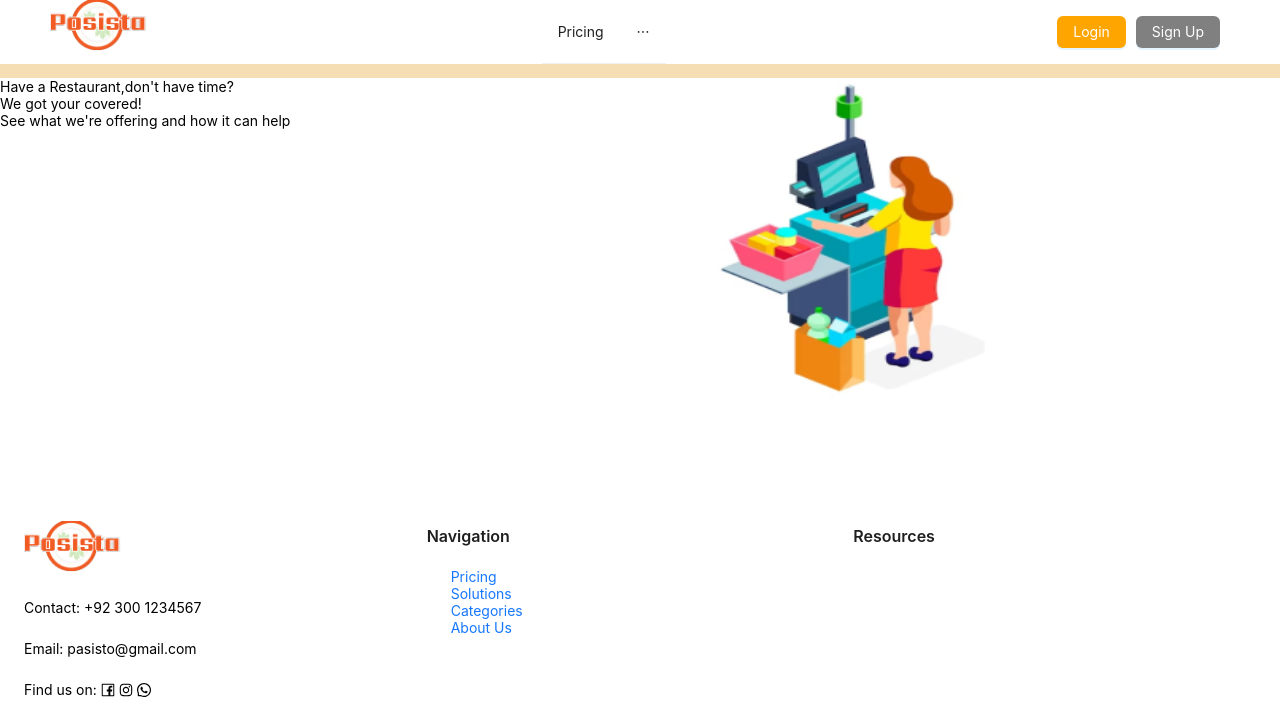
Repository: usmanarshad90/Posista
Page: / (app in test/)
The author's editor kept a copy of each file at every save. The page is drawn from the files as they stood at one save, then again after a run of saves.
The browser window is 1280 px wide. The pictures show the whole page.
The project was rebuilt for these pictures with package versions that can differ from the ones it lists, and the page was loaded fresh each time. Also part of the build but not shown: test/src/components/Pricing/Pricing.jsx, test/src/components/Solution/Solutions.jsx, test/src/components/About/AboutUs.jsx, test/src/components/login/login.jsx, test/src/components/signup/signup.jsx.

Above is the page before, as saved 2023-11-28 14:31:22.

### test/public/index.html
<!DOCTYPE html>
<html lang="en">
  <head>
    <meta charset="utf-8" />
    <link rel="icon" href="%PUBLIC_URL%/favicon.ico" />
    <meta name="viewport" content="width=device-width, initial-scale=1" />
    <meta name="theme-color" content="#000000" />
    <meta
      name="description"
      content="Web site created using create-react-app"
    />
    <link rel="apple-touch-icon" href="%PUBLIC_URL%/logo192.png" />

    <link rel="manifest" href="%PUBLIC_URL%/manifest.json" />

    <title>Posisto</title>
  </head>
  <body>
    <noscript>You need to enable JavaScript to run this app.</noscript>
    <div id="root"></div>



  </body>
</html>

### test/src/index.css
body {
  margin: 0;
  font-family: -apple-system, BlinkMacSystemFont, 'Segoe UI', 'Roboto', 'Oxygen',
    'Ubuntu', 'Cantarell', 'Fira Sans', 'Droid Sans', 'Helvetica Neue',
    sans-serif;
  -webkit-font-smoothing: antialiased;
  -moz-osx-font-smoothing: grayscale;
}

code {
  font-family: source-code-pro, Menlo, Monaco, Consolas, 'Courier New',
    monospace;
}
.background{
  background-image: url("./images/background.jpg")!important;

}



/* .container{
  max-width: 1000px;
  margin: auto;
  width: 100%;
  padding-inline: 1rem;
  padding-block:5rem;

} */

### test/src/App.js
import {BrowserRouter  as Router , Routes , Route} from 'react-router-dom'
import Home from './components/Home/Home';

import Pricing from './components/Pricing/Pricing';
import Solutions from './components/Solution/Solutions';
import AboutUs from './components/About/AboutUs';
import Login from './components/login/login';
import SignUp from './components/signup/signup';


function App() {
  return (
    <Router>
    {/* if i can do it like this all pages come on the header */}

      <Routes>

        {/* if i can do it like this header individually come on the each page*/}

        <Route path="/" element={< Home/>} />
        <Route path="/login" element={<Login/>}/>
        <Route path="/signup" element={<SignUp/>} />

        <Route path="/pricing" element={< Pricing/>} />
        <Route path="/solution" element={< Solutions/>} />
        <Route path="/about" element={<AboutUs/>} />

        </Routes>
        {/* for footer i can call here */}

        </Router>
  );
}

export default App;

### test/src/components/Home/Home.jsx
import React from 'react'
import PageHeader from '../PageHeader/PageHeader'
import HeroSection from '../HeroSection/HeroSection'
import PageFooter from '../Footer/Footer'

const Home = () => {
  return (
    <>
    <PageHeader/>
    <HeroSection/>



    <PageFooter/>

    </>
  )
}

export default Home

### test/src/components/PageHeader/PageHeader.jsx
import React from 'react'
import { Layout, Menu, Button, Row, Col } from 'antd';
import { Link } from 'react-router-dom';
import logoimage from '../../images/posistologo.png'
import {HomeOutlined, UserOutlined,SettingOutlined,} from '@ant-design/icons';

const { Header } = Layout;
const PageHeader = () => {
  return (
    <Row>
      <Col lg={24} xl={24} md={12} xs={4} >
    <Layout className="layout">
    <Header style={{ display: 'flex', justifyContent: 'space-between' ,backgroundColor: 'white' }}>
      <div className="logo" >

      <Link to={'/'}><img src={logoimage} alt="" width="100px"  /></Link>
        </div>
      <Menu  mode="horizontal" style={ {color:'black',backgroundColor: 'transparent'}} >
        <Link to={'/pricing'} ><Menu.Item key="1" >Pricing</Menu.Item></Link>


        <Link to={'/solution'} ><Menu.Item key="2" >Solutions</Menu.Item></Link>

        <Link to={'/about'} ><Menu.Item key="3" >About Us</Menu.Item></Link>
      </Menu>

      <div>

        <Link to="/login"><Button type="primary" style={{ marginRight: '10px', backgroundColor: 'orange' }}>Login</Button>
        </Link>
        <Link to="/signup"><Button type="primary" style={{ marginRight: '10px', backgroundColor: 'grey' }}>Sign Up</Button></Link>
      </div>




    </Header>
  </Layout>
  </Col>
  </Row>
  )
}

export default PageHeader;

### test/src/components/HeroSection/HeroSection.jsx
import React from 'react'
import { Row,Col,Image,Divider} from 'antd';

import image from '../../images/design.png'

const HeroSection = () => {




      const DemoBox = (props) => <p className={`height-${props.value}`}>{props.children}</p>;
  return (
    <>
    <Row  >
      <Col  lg={{ span:24, order: 1 }} md={24} xs={24} xl={24} xxl={24}  style={{background:'wheat'}}>
      <DemoBox value={'100%'}> </DemoBox>
        </Col>

    <Col lg={{ span: 12, order: 2 }} md={8} xs={4} xl={12}>

    <div   >

         Have a Restaurant,don't have time? <br />
         We got your covered! <br/>

         <div   >See what we're offering and how it can help <br />


         </div>
    </div>
    </Col>
    <Col lg={{ span: 12, order: 3 }}md={8} xs={4} xl={12}>
    <Image width={'70%'} preview={false} height={'90%'} src={image} alt="#" />

    </Col>
   </Row>
   </>
  )
}

export default HeroSection

### test/src/components/Footer/Footer.jsx
import React from 'react'
import { Layout, Menu, Row, Col, Typography } from 'antd';
import { Link } from 'react-router-dom';
import logoimage from '../../images/posistologo.png';
import { FacebookOutlined,InstagramOutlined , WhatsAppOutlined} from '@ant-design/icons';
// const {PageFooter}=Layout;




const Footer = () => {
  const style = {
    background: '',
    text_align:'left',
    padding: ' 12px ',



  };


  return (
    <Row><Col  lg={{ span:8, order: 1 }} md={6} xs={4} xl={8} xxl={8} style={style} >

      <div style={style} className="logo" >

      <Link to={'/'}><img src={logoimage} alt="" width="100px"  /></Link>
      </div>
      <div style={style}>Contact: +92 300 1234567</div>
      <div style={style}>Email: pasisto@gmail.com</div>
      <div style={style}>Find us on: <FacebookOutlined  /> <InstagramOutlined /> <WhatsAppOutlined /></div>

      </Col>

      <Col  lg={{ span:8, order: 1 }} md={6} xs={4} xl={8} xxl={8}   >

      <Typography.Title level={5} >Navigation </Typography.Title>


      <div style={style}>
      <Link to={'/pricing'} style={style} >Pricing</Link> <br />


      <Link to={'/solution'}style={style} >Solutions</Link><br />
      <Link to={'/about'}style={style} >Categories</Link><br />
      <Link to={'/about'} style={style}>About Us</Link><br />

      </div>
      </Col>

      <Col  lg={{ span:8, order: 1 }} md={6} xs={4} xl={8} xxl={8}   >
        <Typography.Title level={5}>Resources</Typography.Title>
        <div></div>
      </Col>




    </Row>

  )
}

export default Footer

Loaded but not shown: test/src/index.js (common file)

After the next 4 saves:
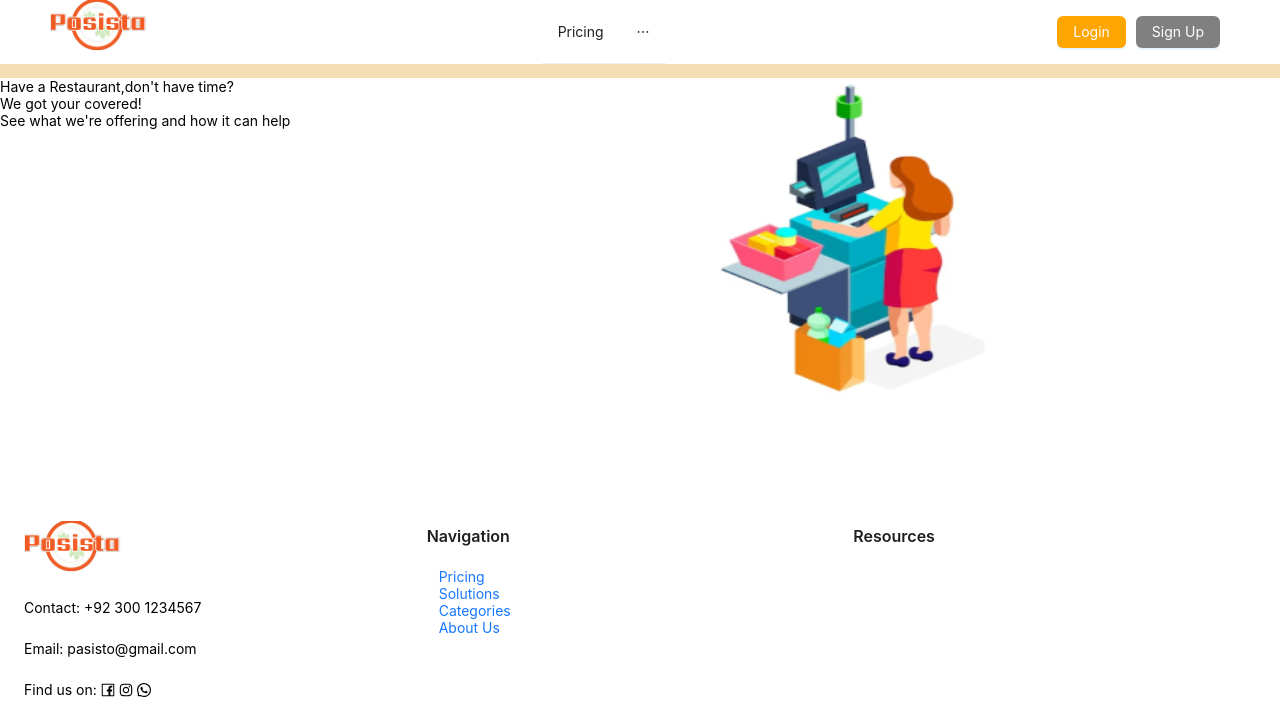
The 4 saves are shown as one change because they came seconds apart.
The last was saved 28 s later.
--- a/test/src/components/Footer/Footer.jsx
+++ b/test/src/components/Footer/Footer.jsx
@@ -38,12 +38,12 @@ const Footer = () => {
 
 
       <div style={style}>
-      <Link to={'/pricing'} style={style} >Pricing</Link> <br />
+      <Link to={'/pricing'} >Pricing</Link> <br />
 
 
-      <Link to={'/solution'}style={style} >Solutions</Link><br />
-      <Link to={'/about'}style={style} >Categories</Link><br />
-      <Link to={'/about'} style={style}>About Us</Link><br />
+      <Link to={'/solution'} >Solutions</Link><br />
+      <Link to={'/about'} >Categories</Link><br />
+      <Link to={'/about'} >About Us</Link><br />
 
       </div>
       </Col>
